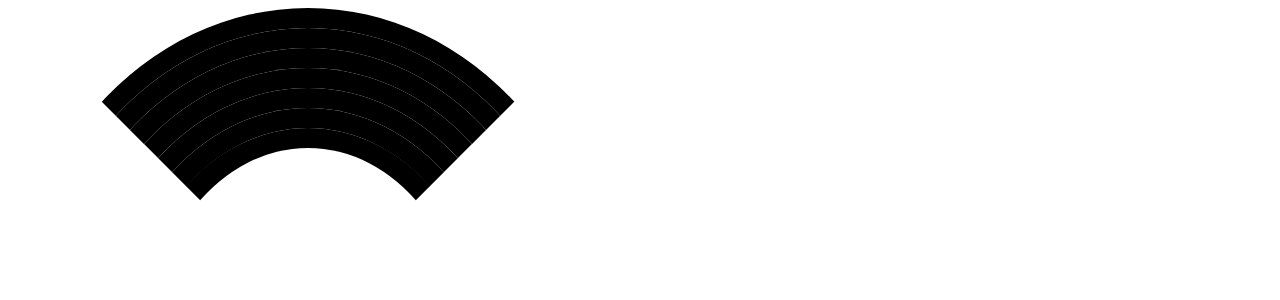
Repository: mrjayajay/week-1-code-challenges
Page: phase-0-css-rainbow-lab/index.html
The author's editor kept a copy of each file at every save. The page is drawn from the files as they stood at one save, then again after the next save.
The browser window is 1280 px wide. The pictures show the whole page.

Above is the page before, as saved 2024-03-14 12:00:11.

### phase-0-css-rainbow-lab/index.html
<!DOCTYPE html>
<html>

  <head><!-- where all the meta data will go, like and files we need to include -->
    <title>My Little Rainbow</title><!-- the title is what appears on your tab -->
    <link rel="stylesheet" href="./main.css">
  </head>

  <body><!-- the body element is where everything we will see on the page will go -->

    <!-- our soon to be beautiful rainbow! -->
    <div> <!-- the grandest grandparent div -->
      <div id="orange">
        <div id="yellow">
          <div id="green">
            <div id="blue">
              <div id="indigo">
                <div id="violet"></div> <!-- the grandest child div -->
              </div>
            </div>
          </div>
        </div>
      </div>
    </div>

  </body>

</html>

### phase-0-css-rainbow-lab/main.css
div {
  border: 20px solid #000; /* this is short hand for setting
                            the border's width, its type, and color */
  display: inline-block; /* a way of positioning elements */
  min-width: 20em; /* the two min styles make the shape */
  min-height: 25em; /* of the divs oblong*/
  border-radius: 50%; /* this makes the normally square div round */
  border-left-color: transparent; /* these remove the color from the left side */
  border-right-color: transparent; /* the right side */
  border-bottom-color: transparent; /* and the bottom of the circle */
}
#red{
  border-top-color: #f00;
}
#orange{

}

After the next save:
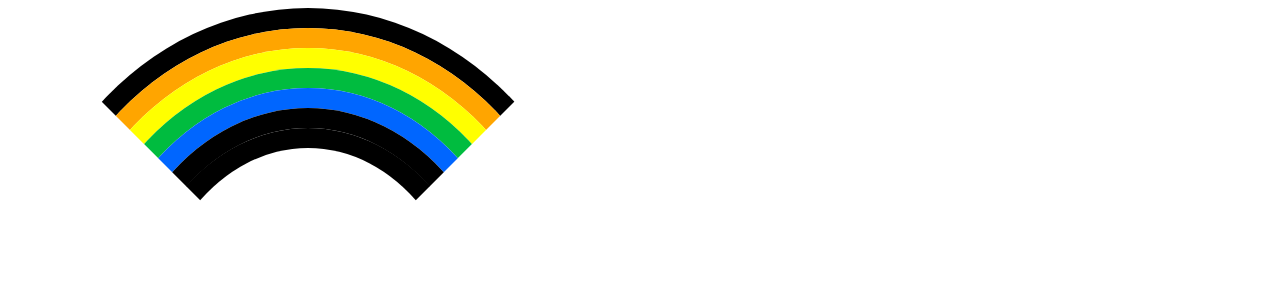
Saved 2 min 44 s later.
--- a/phase-0-css-rainbow-lab/main.css
+++ b/phase-0-css-rainbow-lab/main.css
@@ -13,5 +13,17 @@ div {
   border-top-color: #f00;
 }
 #orange{
+  border-top-color: #ffa500;
+}
+#yellow{
+  border-top-color: #ff0;
+}
+#green{
+  border-top-color: #00bc3f;
+}
+#blue{
+  border-top-color: #06f;
+}
+#indigo{
 
 }
